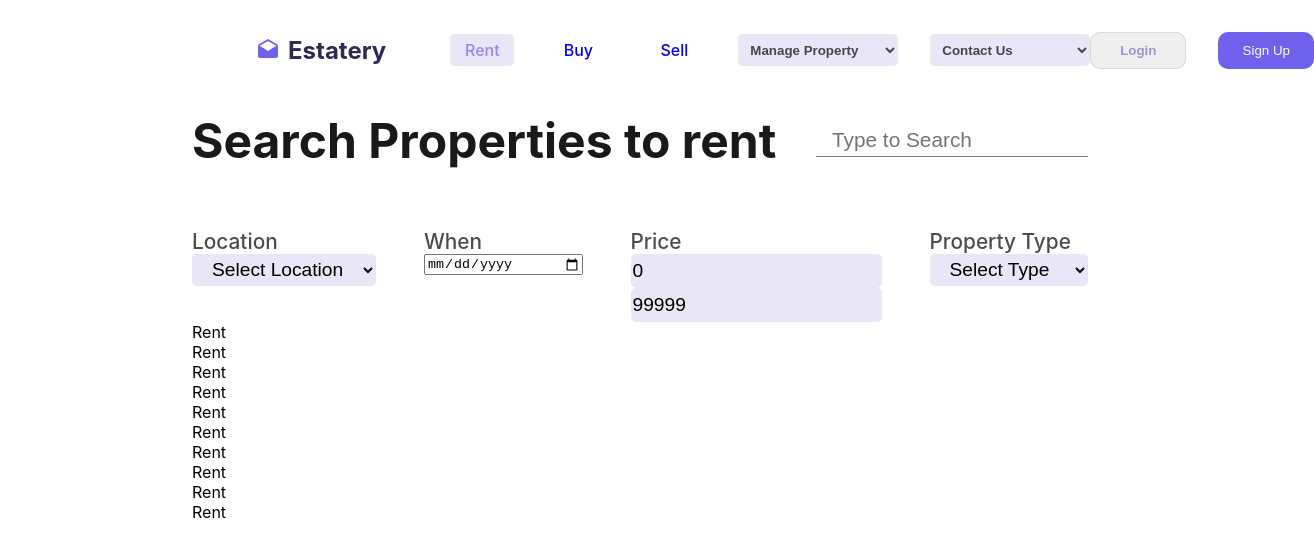
Repository: kapil4457/Reunion-Internship-Assignment
Page: /
An editor plug-in stored every save of this project. The page is shown before and after the next save, followed by the edit.
The browser window is 1280 px wide. The page is 1314 px wide, so the pictures cover 1314 px, including what lies to the right of the window. The pictures show the whole page.
The project was rebuilt for these pictures with package versions that can differ from the ones it lists, and the page was loaded fresh each time. Also part of the build but not shown: src/App.css.

Above is the page before, as saved 2022-10-05 14:22:40.

### src/App.js
import { Route, Routes } from 'react-router-dom';
import './App.css';
import Header from './components/Header/Header';
import Home from  './components/Home/Home'
import Rent from './components/Rent/Rent';

function App() {
  return (
    <>
    <Header />
    <Routes>
      <Route path='/' element={<Home/>}/>
      <Route path='/rent' element={<Rent/>}/>
    </Routes>
    </>
  );
}

export default App;

### src/components/Header/Header.jsx
import React from "react";
import DraftsIcon from "@mui/icons-material/Drafts";
import { NavLink } from "react-router-dom";
import "./Header.css";
const Header = () => {
  return (
    <>
      <div className="header">
        <div className="left">
          <div className="logo">
            <DraftsIcon />
            <span>Estatery</span>
          </div>
          <div className="categories">
            <NavLink
              to="/rent"
              className={({ isActive }) => (isActive ? "activeClass" : "")}
            >
              Rent
            </NavLink>
            <NavLink
              to="/buy"
              className={({ isActive }) => (isActive ? "activeClass" : "")}
            >
              Buy
            </NavLink>
            <NavLink
              to="/sell"
              className={({ isActive }) => (isActive ? "activeClass" : "")}
            >
              Sell
            </NavLink>
            <select name="" id="manage">
              <option value="Manage Property" hidden>
                Manage Property
              </option>
              <option value="Owned">Owned</option>
              <option value="BookMarked">BookMarked</option>
            </select>
            <select name="" id="resources">
              <option value="contact">Contact Us</option>
              <option value="FAQ">FAQ</option>
            </select>
          </div>
        </div>
        <div className="right">
          <button className="login">Login</button>
          <button className="sign-up">Sign Up</button>
        </div>
      </div>
    </>
  );
};

export default Header;

### src/components/Home/Home.jsx
import React, { useEffect } from "react";
import { useNavigate } from "react-router-dom";

const Home = () => {
  const navigate = useNavigate();
  useEffect(() => {
    navigate("/rent");
  });
  return <></>;
};

export default Home;

### src/components/Rent/Rent.jsx
import React, { useState } from "react";
import { home } from "../../home";
import RentCard from "../RentCard/RentCard";
import "./Rent.css";
const Rent = () => {
  const [location, setlocation] = useState("");
  const [rangeMin, setMinRange] = useState(0);
  const [rangeMax, setMaxRange] = useState(99999);
  const [type, setType] = useState("");
  const [date, setDate] = useState(new Date());
  const [typed, setTyped] = useState("");

  //date -> YY/MM/DD format
  const filtering = (val) => {
    var dateNow = new Date(val.moveIn);
    var date2 = new Date(date);

    if (
      (location === "" || location == val.state) &&
      (parseInt(rangeMax) > val.price || rangeMax == "") &&
      (parseInt(rangeMin) < val.price || rangeMin == "") &&
      type === "" &&
      date2 <= dateNow &&
      typed === ""
    ) {
      console.log(date2, dateNow);
      return true;
    }
  };
  return (
    <>
      <div className="rent-main">
        <div className="first">
          <div className="heading">Search Properties to rent</div>
          <input
            className="search-bar"
            placeholder="Type to Search"
            value={typed}
            onChange={(e) => {
              setTyped(e.target.value);
            }}
          />
        </div>
        <div className="second">
          <div>
            <span>Location</span>
            <select
              name=""
              id=""
              onChange={(e) => {
                setlocation(e.target.value);
              }}
            >
              <option value="" hidden>
                Select Location
              </option>
              <option value="Bathinda">Bathinda</option>
              <option value="Nagpur">Nagpur</option>
              <option value="Lonavala">Lonavala</option>
              <option value="Chandigarh">Chandigarh</option>
              <option value="Pune">Pune</option>
              <option value="Shimla">Shimla</option>
              <option value="Kochi">Kochi</option>
              <option value="Banaras">Banaras</option>
              <option value="Banglore">Banglore</option>
              <option value="Aurangabad">Aurangabad</option>
            </select>
          </div>
          <div>
            <span>When</span>
            <input
              type="date"
              onChange={(e) => {
                setDate(e.target.value);
              }}
            />
          </div>
          <div>
            <span>Price</span>
            <div>
              {/* <input
                type="range"
                name=""
                className="price-range"
                max={10000}
                min={500}
                onChange={(e) => {
                  setRange(e.target.value);
                }}
              />
              <span>{range}</span> */}
              <input
                type="number"
                placeholder="Minimum"
                value={rangeMin}
                onChange={(e) => {
                  setMinRange(e.target.value);
                }}
              />
              <input
                type="number"
                placeholder="Maximum"
                value={rangeMax}
                onChange={(e) => {
                  setMaxRange(e.target.value);
                }}
              />
            </div>
          </div>
          <div>
            <span>Property Type</span>
            <select
              name=""
              id=""
              onChange={(e) => {
                setType(e.target.value);
              }}
            >
              <option value="" hidden>
                Select Type
              </option>
              <option value="">Villa</option>
              <option value="">Flats</option>
              <option value="">RowHouse</option>
            </select>
          </div>
        </div>
        {home.filter(filtering).map((item, idx) => (
          <RentCard data={item} key={idx} />
        ))}
      </div>
    </>
  );
};

export default Rent;

### src/components/Header/Header.css

.header{
display:flex;
justify-content:space-between;
align-items:center;
padding:2rem 4rem;
}

.left{
    display:flex;
    align-items:center;
    gap:4rem;
}
.left > .logo{
    display:flex;
    align-items:center;
    gap:0.5rem;
    font-size:1.5rem;
    font-weight:650;
    color:rgb(48,41,83);
}

.left > .logo > svg{
    color:rgb(110,99,238);
}

.categories{
    display:flex;
    align-items:center;
    gap:2rem;
}

.categories > a{
    text-decoration:none;
    font-weight:550;
    height:2rem;
    display:flex;
    align-items:center;
    width:4rem;
    justify-content: center;
}

.activeClass{
    color:rgb(150, 136, 238);
    background-color: rgb(233,230,247);
    border-radius: 5px;
}

.categories > select{
    width:10rem;
    height:2rem;
    border:none;
    outline:none;
    color:rgba(0,0,0,0.7);
    font-weight:550;
    background-color:rgb(233,230,247);
    border-radius:5px;
    padding:0 0.5rem;
}

.right{
    display:flex;
    align-items:center;
    gap:2rem;

}

.right > button {
    width:6rem;
    height:2.3rem;
    border-radius:10px;
    outline:none;

}

.login{
border:1px solid rgba(0,0,0,0.1);
color:rgb(154, 148, 218);
font-weight:650;
}

.sign-up
{
    background-color:rgb(110,97,236);
    color:white;
    border:none;
}

### src/home.js
export const home = [

        {
            state:"Nagpur",
            price:2500,
            address:" Lorem ipsum dolor sit amet consectetur adipisicing elit. Quis",
            bedCount:2,
            bathCount:2,
            area:"8x10",
            image:"h1.jpg",
            moveIn:new Date(2022,10,20),
            type:"Villa"

        },
        {
            state:"Lonavala",
            price:2600,
            address:" Lorem ipsum dolor sit amet consectetur adipisicing elit. Quis",
            bedCount:2,
            bathCount:2,
            area:"8x12",
            image:"h2.jpg",
            moveIn:new Date(2022,11,20),
            type:"Flats"



        },     {
            state:"Bathinda",
            price:3000,
            address:" Lorem ipsum dolor sit amet consectetur adipisicing elit. Quis",
            bedCount:3,
            bathCount:2,
            area:"10x12",
            image:"h3.jpg",
            moveIn:new Date(2022,11,12),
            type:"RowHouse"



        },     {
            state:"Chandigarh",
            price:2700,
            address:" Lorem ipsum dolor sit amet consectetur adipisicing elit. Quis",
            bedCount:2,
            bathCount:2,
            area:"10x10",
            image:"h4.jpg",
            moveIn:new Date(2023,1,20),
            type:"Villa"



        },     {
            state:"Pune",
            price:3800,
            address:" Lorem ipsum dolor sit amet consectetur adipisicing elit. Quis",
            bedCount:3,
            bathCount:3,
            area:"8x10",
            image:"h5.jpg",
            moveIn:new Date(2023,1,10),
            type:"Flats"


        },     {
            state:"Shimla",
            price:3400,
            address:" Lorem ipsum dolor sit amet consectetur adipisicing elit. Quis",
            bedCount:3,
            bathCount:2,
            area:"12x10",
            image:"h6.jpg",
            moveIn:new Date(2023,2,15),
            type:"RowHouse"



        },     {
            state:"Kochi",
            price:2100,
            address:" Lorem ipsum dolor sit amet consectetur adipisicing elit. Quis",
            bedCount:2,
            bathCount:2,
            area:"9x10",
            image:"h7.jpg",
            moveIn:new Date(2023 , 2 ,15),
            type:"Villa"


        },     {
            state:"Banaras",
            price:2500,
            address:" Lorem ipsum dolor sit amet consectetur adipisicing elit. Quis",
            bedCount:2,
            bathCount:2,
            area:"8x10",
            image:"h8.jpg",
            moveIn:new Date(2023 , 3 ,19),
            type:"Flats"



        },     {
            state:"Banglore",
            price:4000,
            address:" Lorem ipsum dolor sit amet consectetur adipisicing elit. Quis",
            bedCount:3,
            bathCount:2,
            area:"10x14",
            image:"h9.jpg",
            moveIn:new Date(2023 , 5 , 19),
            type:"RowHouse"



        },     {
            state:"Aurangabad",
            price:3000,
            address:" Lorem ipsum dolor sit amet consectetur adipisicing elit. Quis",
            bedCount:2,
            bathCount:2,
            area:"8x10",
            image:"h10.jpg",
            moveIn:new Date(2023 , 6 , 6),
            type:"Villa"



        },

]

### src/components/RentCard/RentCard.jsx
import React from "react";

const RentCard = ({ data }) => {
  console.log(data);
  return <div>Rent</div>;
};

export default RentCard;

### src/components/Rent/Rent.css
body{

    padding:0 12rem;
}

.first{
    display:flex;
    height:5rem;
    justify-content: space-between;
    align-items:center;
    margin-bottom:3rem;
}

.first > .heading{
    font-size:3rem;
    font-weight:650;
    color:rgba(0,0,0,0.9);
}

.first > .search-bar{
    width:15rem;
    padding:0 1rem;
    border:none;
    border-bottom:1px solid gray;
    outline:none;
    height:2rem;
    font-size:1.3rem;
}
.second > div >select {
    font-size:1.2rem;
    height:2rem;
    padding:0 1rem;
    border-radius:5px;
    border:none;
    outline:none;
    background-color:rgb(233,230,247);
}
.second > div >div>input {
    font-size:1.2rem;
    height:2rem;
    border-radius:5px;
    border:none;
    outline:none;
    background-color:rgb(233,230,247);
}

.second{
    display: flex;
    gap:3rem;
}
.second>div{
    display:flex;
    flex-direction: column;
    width:20rem;
}

.second >div>span{
    color:rgba(0,0,0,0.7);
    font-size:1.3rem;
    font-weight:550;
}

Loaded but not shown: public/index.html (common file); src/index.js (common file); src/index.css (common file); src/reportWebVitals.js (common file)

After the next save:
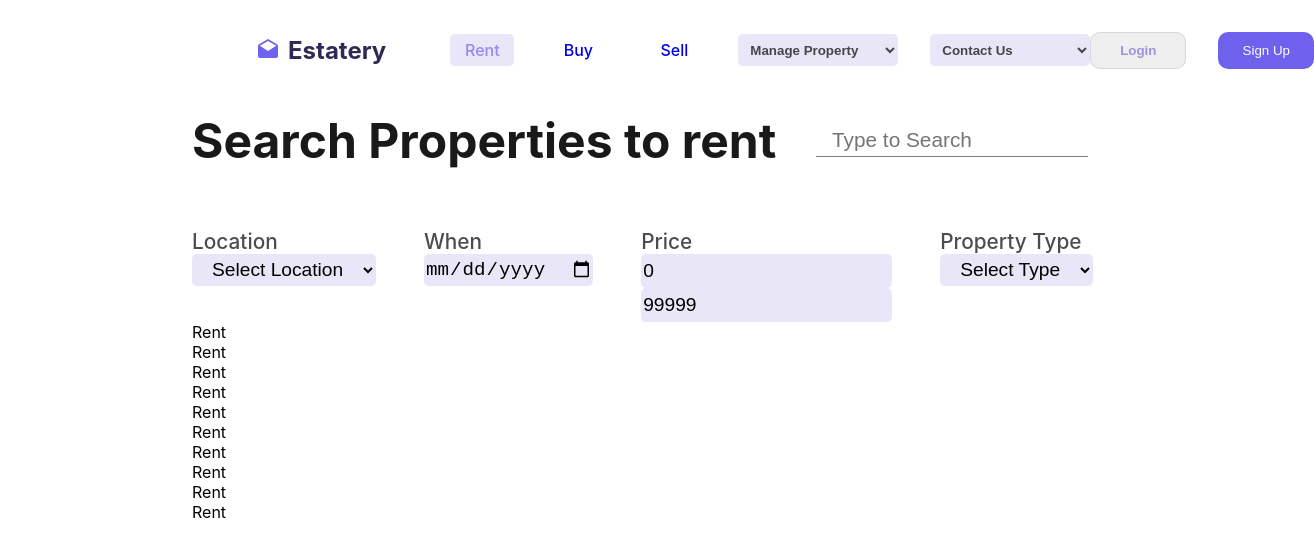
Saved 14 s later.
--- a/src/components/Rent/Rent.css
+++ b/src/components/Rent/Rent.css
@@ -35,7 +35,7 @@ body{
     outline:none;
     background-color:rgb(233,230,247);
 }
-.second > div >div>input {
+.second > div >input  , .second > div >div>input {
     font-size:1.2rem;
     height:2rem;
     border-radius:5px;
